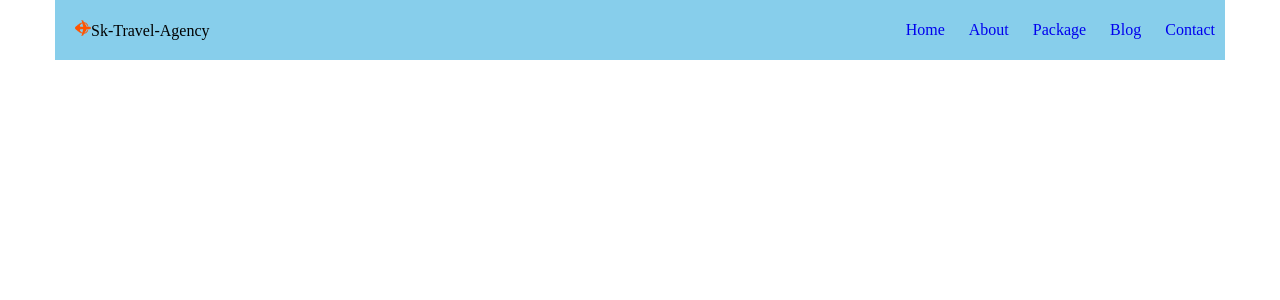
Repository: sumonkumarsarkar/Sk-Travel-Agency-
Page: index.html
These files come from the project's save history. The page is drawn as it stood at one moment and after the next save; the edit follows.
The browser window is 1280 px wide. The pictures show the whole page.

Above is the page before, as saved 2024-01-16 19:35:25.

After the next save:
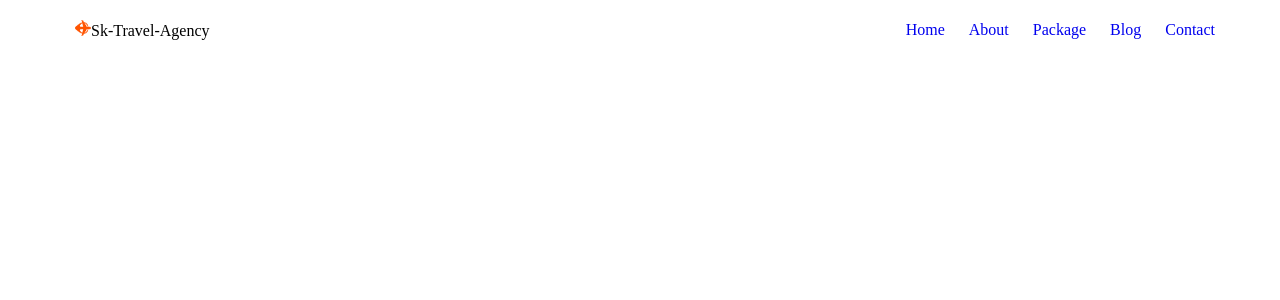
Saved 44 s later.
--- a/style.css
+++ b/style.css
@@ -8,7 +8,7 @@
 
 header{
     max-width: 1170px;
-    background: skyblue;
+    background:#FFF;
     margin: 0 auto;
 
 }
